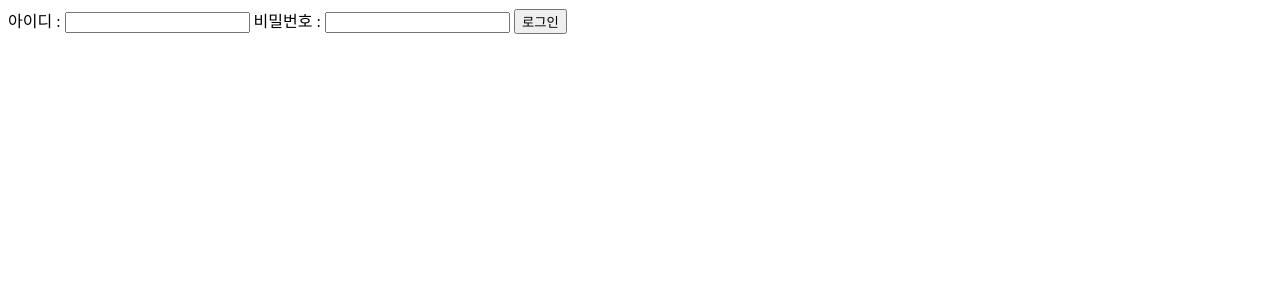
Repository: fhwang2/WEB
Page: http://localhost/190711_JSP/Login/sessionLoginForm.jsp
These files come from the project's save history. The page is drawn as it stood at one moment and after the next save; the edit follows.
The browser window is 1280 px wide. The pictures show the whole page.
The page is served by Tomcat 9.

Above is the page before, as saved 2019-07-11 01:56:12.

### 190711_JSP/WebContent/Login/sessionLoginForm.jsp
<%@ page language="java" contentType="text/html; charset=UTF-8"
	pageEncoding="UTF-8"%>
<!DOCTYPE html>
<html>
<head>
<meta charset="UTF-8">
<title>Login</title>
</head>
<body>
	<form>
		아이디 : <input type="text" name="id">
		비밀번호 : <input type="text" name="pw">
		<input type="submit" value="로그인">
	</form>
</body>
</html>

After the next save:
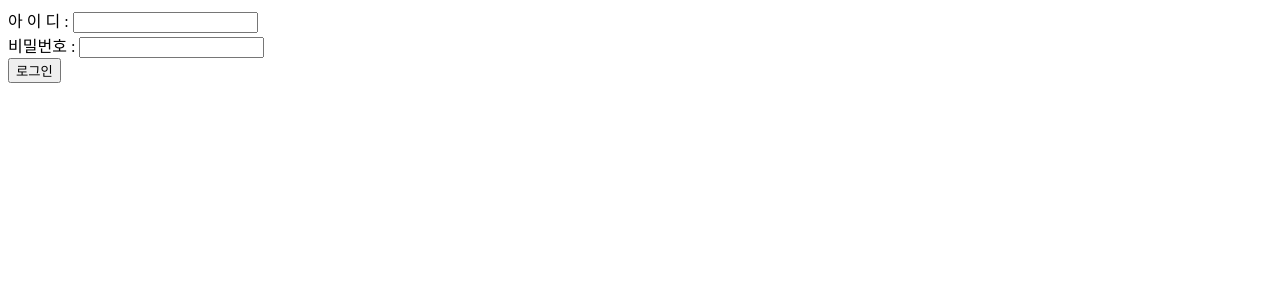
Saved 51 s later.
--- a/190711_JSP/WebContent/Login/sessionLoginForm.jsp
+++ b/190711_JSP/WebContent/Login/sessionLoginForm.jsp
@@ -8,8 +8,8 @@
 </head>
 <body>
 	<form>
-		아이디 : <input type="text" name="id">
-		비밀번호 : <input type="text" name="pw">
+		아 이 디 : <input type="text" name="id"><br>
+		비밀번호 : <input type="text" name="pw"><br>
 		<input type="submit" value="로그인">
 	</form>
 </body>
